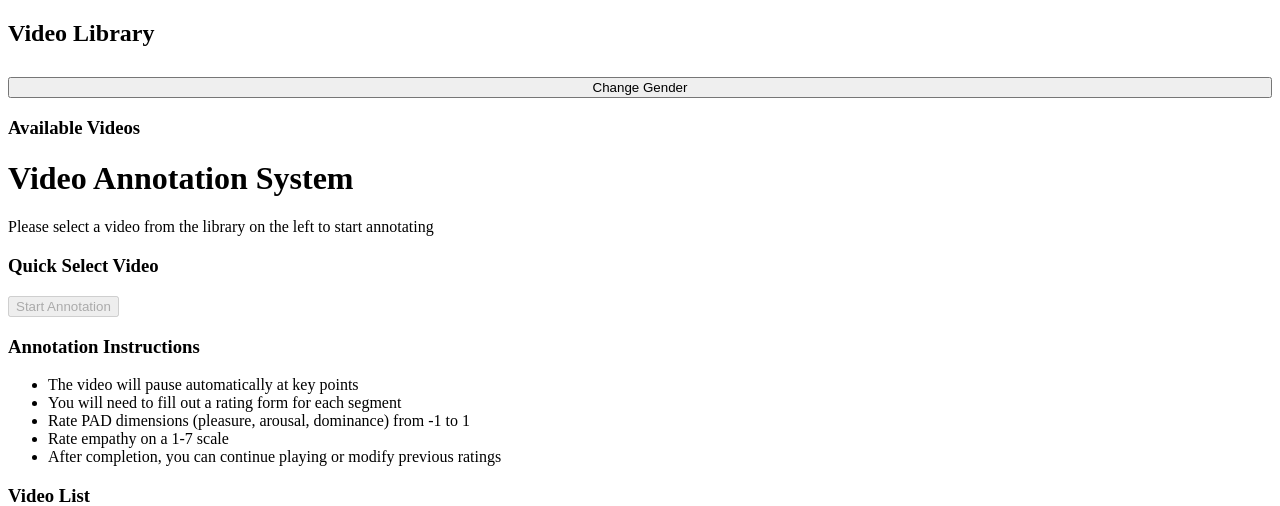
Repository: Matsuyou-Wang/MPES-system
Page: annotation.html
The author's editor kept a copy of each file at every save. The page is drawn from the files as they stood at one save, then again after the next save.
The browser window is 1280 px wide. The pictures show the part of the page from y = 0 to 506 px (the page is 1642 px tall).
A picture or video elsewhere on the page could not be fetched, so the positions and the page height are approximate.

Above is the page before, as saved 2025-11-24 15:35:22.
Console error: TypeError: Cannot read properties of null (reading 'addEventListener')

### annotation.html
<!DOCTYPE html>
<html lang="en">
<head>
    <meta charset="UTF-8">
    <meta name="viewport" content="width=device-width, initial-scale=1.0">
    <title>Annotation System - Video Rating</title>
    <link rel="stylesheet" href="styles.css">
</head>
<body>
    <div class="container">
        <!-- Sidebar: Video Library -->
        <aside class="sidebar">
            <div class="sidebar-header">
                <h2 id="genderTitle">Video Library</h2>
                <button onclick="goBack()" class="btn btn-secondary" style="margin-top: 10px; width: 100%;">Change Gender</button>
            </div>
            <div class="video-library">
                <h3>Available Videos</h3>
                <ul id="videoList" class="video-list">
                    <!-- Videos loaded dynamically -->
                </ul>
            </div>
        </aside>

        <!-- Main Content Area -->
        <main class="main-content">
            <!-- Initial Selection View -->
            <div id="selectionView" class="view active">
                <div class="welcome-box">
                    <h1>Video Annotation System</h1>
                    <p>Please select a video from the library on the left to start annotating</p>

                    <div class="video-selection-panel">
                        <h3>Quick Select Video</h3>
                        <div id="quickVideoList" class="quick-video-list">
                            <!-- Videos loaded dynamically here -->
                        </div>
                        <button id="startBtn" class="btn btn-primary" disabled>Start Annotation</button>
                    </div>

                    <div class="info-box">
                        <h3>Annotation Instructions</h3>
                        <ul>
                            <li>The video will pause automatically at key points</li>
                            <li>You will need to fill out a rating form for each segment</li>
                            <li>Rate PAD dimensions (pleasure, arousal, dominance) from -1 to 1</li>
                            <li>Rate empathy on a 1-7 scale</li>
                            <li>After completion, you can continue playing or modify previous ratings</li>
                        </ul>
                    </div>
                </div>
            </div>

            <!-- Video Playing and Annotation View -->
            <div id="annotationView" class="view">
                <!-- Left: Video List Panel -->
                <div class="annotation-left-panel">
                    <h3>Video List</h3>
                    <ul id="annotationVideoList" class="annotation-video-list">
                        <!-- Videos loaded dynamically -->
                    </ul>
                </div>

                <!-- Center: Video Player -->
                <div class="annotation-center-panel">
                    <div class="video-player-container">
                        <video id="videoPlayer" class="video-player">
                            <source src="" type="video/mp4">
                            Your browser does not support video playback
                        </video>
                        <div class="video-controls">
                            <button id="playBtn" class="control-btn">Play</button>
                            <button id="pauseBtn" class="control-btn">Pause</button>
                            <span id="currentTime" class="time-display">00:00</span>
                            <span class="time-separator">/</span>
                            <span id="duration" class="time-display">00:00</span>
                            <div class="progress-bar">
                                <div id="progress" class="progress-fill"></div>
                            </div>
                        </div>
                    </div>
                </div>

                <!-- Right: Annotation History Panel -->
                <div class="annotation-right-panel">
                    <h3>Annotation Progress</h3>
                    <div id="historyList" class="history-list">
                        <!-- Annotation records added dynamically -->
                    </div>
                </div>
            </div>
        </main>
    </div>

    <!-- Annotation Questionnaire Modal -->
    <div id="annotationModal" class="modal">
        <div class="modal-content">
            <div class="modal-header">
                <h2>Annotation Form</h2>
                <span class="close-btn">&times;</span>
            </div>

            <div class="modal-body">
                <div class="timestamp-info">
                    <p>Video time: <span id="modalTimestamp">00:00</span></p>
                </div>

                <!-- PAD Section -->
                <div class="scale-section">
                    <h3>Emotional State Assessment (PAD)</h3>
                    <p class="section-description">Please rate the emotional state of both speakers on the following three dimensions based on this sentence</p>

                    <!-- PAD Dimensions - Two Columns Layout -->
                    <div class="pad-dimensions-container">
                        <!-- Left Speaker -->
                        <div class="pad-speaker-column">
                            <h4 class="speaker-label">Left Speaker</h4>

                            <!-- Pleasure -->
                            <div class="scale-item">
                                <label for="pleasureSliderLeft">
                                    <strong>Pleasure</strong>
                                    <span class="scale-range">Unpleasant ← → Pleasant</span>
                                </label>
                                <div class="slider-container">
                                    <span class="slider-label">-1</span>
                                    <input type="range" id="pleasureSliderLeft" class="slider pad-slider" min="-1" max="1" step="0.001" value="0">
                                    <span class="slider-label">+1</span>
                                    <strong class="slider-value" id="pleasureValueLeft">0.000</strong>
                                </div>
                            </div>

                            <!-- Arousal -->
                            <div class="scale-item">
                                <label for="arousalSliderLeft">
                                    <strong>Arousal</strong>
                                    <span class="scale-range">Calm ← → Excited</span>
                                </label>
                                <div class="slider-container">
                                    <span class="slider-label">-1</span>
                                    <input type="range" id="arousalSliderLeft" class="slider pad-slider" min="-1" max="1" step="0.001" value="0">
                                    <span class="slider-label">+1</span>
                                    <strong class="slider-value" id="arousalValueLeft">0.000</strong>
                                </div>
                            </div>

                            <!-- Dominance -->
                            <div class="scale-item">
                                <label for="dominanceSliderLeft">
                                    <strong>Submissive – Dominant</strong>
                                    <span class="scale-range">Passive ← → Active</span>
                                </label>
                                <div class="slider-container">
                                    <span class="slider-label">-1</span>
                                    <input type="range" id="dominanceSliderLeft" class="slider pad-slider" min="-1" max="1" step="0.001" value="0">
                                    <span class="slider-label">+1</span>
                                    <strong class="slider-value" id="dominanceValueLeft">0.000</strong>
                                </div>
                            </div>
                        </div>

                        <!-- Right Speaker -->
                        <div class="pad-speaker-column">
                            <h4 class="speaker-label">Right Speaker</h4>

                            <!-- Pleasure -->
                            <div class="scale-item">
                                <label for="pleasureSliderRight">
                                    <strong>Pleasure</strong>
                                    <span class="scale-range">Unpleasant ← → Pleasant</span>
                                </label>
                                <div class="slider-container">
                                    <span class="slider-label">-1</span>
                                    <input type="range" id="pleasureSliderRight" class="slider pad-slider" min="-1" max="1" step="0.001" value="0">
                                    <span class="slider-label">+1</span>
                                    <strong class="slider-value" id="pleasureValueRight">0.000</strong>
                                </div>
                            </div>

                            <!-- Arousal -->
                            <div class="scale-item">
                                <label for="arousalSliderRight">
                                    <strong>Arousal</strong>
                                    <span class="scale-range">Calm ← → Excited</span>
                                </label>
                                <div class="slider-container">
                                    <span class="slider-label">-1</span>
                                    <input type="range" id="arousalSliderRight" class="slider pad-slider" min="-1" max="1" step="0.001" value="0">
                                    <span class="slider-label">+1</span>
                                    <strong class="slider-value" id="arousalValueRight">0.000</strong>
                                </div>
                            </div>

                            <!-- Dominance -->
                            <div class="scale-item">
                                <label for="dominanceSliderRight">
                                    <strong>Submissive – Dominant</strong>
                                    <span class="scale-range">Passive ← → Active</span>
                                </label>
                                <div class="slider-container">
                                    <span class="slider-label">-1</span>
                                    <input type="range" id="dominanceSliderRight" class="slider pad-slider" min="-1" max="1" step="0.001" value="0">
                                    <span class="slider-label">+1</span>
                                    <strong class="slider-value" id="dominanceValueRight">0.000</strong>
                                </div>
                            </div>
                        </div>
                    </div>
                </div>

                <!-- Empathy Section -->
                <div class="scale-section">
                    <h3>Empathy Assessment</h3>
                    <p class="section-description">Do you think the right speaker empathizes with the left speaker?</p>

                    <div class="empathy-radio-container">
                        <div class="empathy-option">
                            <input type="radio" id="empathy1" name="empathy" value="1">
                            <label for="empathy1">Not empathic at all</label>
                        </div>
                        <div class="empathy-option">
                            <input type="radio" id="empathy2" name="empathy" value="2">
                            <label for="empathy2">Slightly empathic</label>
                        </div>
                        <div class="empathy-option">
                            <input type="radio" id="empathy3" name="empathy" value="3">
                            <label for="empathy3">A little empathic</label>
                        </div>
                        <div class="empathy-option">
                            <input type="radio" id="empathy4" name="empathy" value="4">
                            <label for="empathy4">Neutral</label>
                        </div>
                        <div class="empathy-option">
                            <input type="radio" id="empathy5" name="empathy" value="5">
                            <label for="empathy5">Moderately empathic</label>
                        </div>
                        <div class="empathy-option">
                            <input type="radio" id="empathy6" name="empathy" value="6">
                            <label for="empathy6">Quite empathic</label>
                        </div>
                        <div class="empathy-option">
                            <input type="radio" id="empathy7" name="empathy" value="7">
                            <label for="empathy7">Very empathic</label>
                        </div>
                    </div>
                </div>
            </div>

            <div class="modal-footer">
                <button id="clearBtn" class="btn btn-secondary">Clear</button>
                <button id="confirmBtn" class="btn btn-primary">Confirm</button>
            </div>
        </div>
    </div>

    <!-- Edit Panel -->
    <div id="editPanel" class="edit-panel hidden">
        <div class="edit-panel-header">
            <h3>Edit Annotation</h3>
            <button class="close-edit-panel">&times;</button>
        </div>
        <div id="editList" class="edit-list">
            <!-- Edit items generated dynamically -->
        </div>
    </div>

    <script src="data/videos.js"></script>
    <script src="data/annotation-config.js"></script>
    <script src="js/data-manager.js"></script>
    <script src="js/app.js"></script>
    <script src="js/tester.js"></script>
</body>
</html>

### data/annotation-config.js
/**
 * 视频标注点配置生成工具
 * 用于快速生成和管理标注点
 */

// 示例：自动生成等间隔的标注点
function generateEvenAnnotationPoints(videoDuration, intervalSeconds) {
    const points = [];
    for (let time = intervalSeconds; time < videoDuration; time += intervalSeconds) {
        points.push({ time: time });
    }
    return points;
}

// 示例：根据特定关键句的时间戳创建标注点
const ANNOTATION_TEMPLATE = {
    // 日常对话 - 每个说话人的关键句
    dailyConversation: [
        { time: 5, speaker: '说话人A', content: '你今天过得怎么样?' },
        { time: 15, speaker: '说话人B', content: '还不错，就是有点累。' },
        { time: 25, speaker: '说话人A', content: '那你想去散步吗?' },
        { time: 35, speaker: '说话人B', content: '好啊，我很想去。' }
    ],

    // 情感访谈 - 情感表达明显的句子
    emotionalInterview: [
        { time: 10, emotion: 'joy', intensity: 'high' },
        { time: 30, emotion: 'sadness', intensity: 'medium' },
        { time: 50, emotion: 'anger', intensity: 'high' },
        { time: 70, emotion: 'fear', intensity: 'low' }
    ]
};

// 导出模板
function exportTemplate(templateName, annotationPoints) {
    const config = {
        title: `从${templateName}创建的视频`,
        path: `assets/your-video.mp4`,
        duration: 0,  // 需要手动填写
        annotationPoints: annotationPoints.map(point => ({ time: point.time }))
    };
    console.log(JSON.stringify(config, null, 2));
    return config;
}

// 示例使用
console.log('标注点生成工具已加载');
console.log('使用示例：');
console.log('1. generateEvenAnnotationPoints(120, 10) - 生成120秒视频，每10秒一个标注点');
console.log('2. exportTemplate("dailyConversation", ANNOTATION_TEMPLATE.dailyConversation)');

### js/data-manager.js
/**
 * 数据导入/导出工具
 * 用于管理标注数据的持久化
 */

class DataManager {
    /**
     * 导出标注数据为 JSON
     */
    static exportToJSON(annotationData, videoInfo, filename = 'annotation-data.json') {
        const data = {
            timestamp: new Date().toISOString(),
            video: videoInfo,
            annotations: annotationData,
            totalItems: Object.keys(annotationData).length
        };

        const jsonString = JSON.stringify(data, null, 2);
        const blob = new Blob([jsonString], { type: 'application/json' });
        const url = URL.createObjectURL(blob);
        const link = document.createElement('a');
        link.href = url;
        link.download = filename;
        document.body.appendChild(link);
        link.click();
        document.body.removeChild(link);
        URL.revokeObjectURL(url);

        console.log('数据已导出:', data);
    }

    /**
     * 导出标注数据为 CSV
     */
    static exportToCSV(annotationData, videoInfo, filename = 'annotation-data.csv') {
        let csv = '时间戳,Pleasure,Arousal,Dominance,Empathy\n';

        Object.keys(annotationData).sort((a, b) => parseFloat(a) - parseFloat(b)).forEach(time => {
            const annotation = annotationData[time];
            csv += `${time},${annotation.pleasure},${annotation.arousal},${annotation.dominance},${annotation.empathy}\n`;
        });

        const blob = new Blob([csv], { type: 'text/csv;charset=utf-8;' });
        const url = URL.createObjectURL(blob);
        const link = document.createElement('a');
        link.href = url;
        link.download = filename;
        document.body.appendChild(link);
        link.click();
        document.body.removeChild(link);
        URL.revokeObjectURL(url);

        console.log('CSV已导出');
    }

    /**
     * 导入标注数据
     */
    static importFromJSON(file, callback) {
        const reader = new FileReader();
        reader.onload = (e) => {
            try {
                const data = JSON.parse(e.target.result);
                callback(data);
                console.log('数据已导入:', data);
            } catch (error) {
                console.error('导入失败:', error);
                alert('导入失败，请确保文件格式正确');
            }
        };
        reader.readAsText(file);
    }

    /**
     * 本地存储 - 保存到浏览器 LocalStorage
     */
    static saveToLocalStorage(key, data) {
        try {
            localStorage.setItem(key, JSON.stringify(data));
            console.log('数据已保存到本地');
        } catch (error) {
            console.error('保存失败:', error);
        }
    }

    /**
     * 本地存储 - 从 LocalStorage 读取
     */
    static loadFromLocalStorage(key) {
        try {
            const data = localStorage.getItem(key);
            return data ? JSON.parse(data) : null;
        } catch (error) {
            console.error('读取失败:', error);
            return null;
        }
    }

    /**
     * 清空本地存储
     */
    static clearLocalStorage(key = null) {
        if (key) {
            localStorage.removeItem(key);
            console.log(`已清空: ${key}`);
        } else {
            localStorage.clear();
            console.log('已清空所有本地存储');
        }
    }

    /**
     * 生成统计报告
     */
    static generateReport(annotationData) {
        const values = Object.values(annotationData);

        if (values.length === 0) {
            return { error: '没有标注数据' };
        }

        const pleasure = values.map(v => v.pleasure);
        const arousal = values.map(v => v.arousal);
        const dominance = values.map(v => v.dominance);
        const empathy = values.map(v => v.empathy);

        const report = {
            totalAnnotations: values.length,
            pleasure: {
                mean: (pleasure.reduce((a, b) => a + b) / pleasure.length).toFixed(2),
                min: Math.min(...pleasure).toFixed(2),
                max: Math.max(...pleasure).toFixed(2),
                std: this.calculateStd(pleasure).toFixed(2)
            },
            arousal: {
                mean: (arousal.reduce((a, b) => a + b) / arousal.length).toFixed(2),
                min: Math.min(...arousal).toFixed(2),
                max: Math.max(...arousal).toFixed(2),
                std: this.calculateStd(arousal).toFixed(2)
            },
            dominance: {
                mean: (dominance.reduce((a, b) => a + b) / dominance.length).toFixed(2),
                min: Math.min(...dominance).toFixed(2),
                max: Math.max(...dominance).toFixed(2),
                std: this.calculateStd(dominance).toFixed(2)
            },
            empathy: {
                mean: (empathy.reduce((a, b) => a + b) / empathy.length).toFixed(2),
                min: Math.min(...empathy),
                max: Math.max(...empathy),
                std: this.calculateStd(empathy).toFixed(2)
            }
        };

        return report;
    }

    /**
     * 计算标准差
     */
    static calculateStd(arr) {
        const mean = arr.reduce((a, b) => a + b) / arr.length;
        const variance = arr.reduce((sq, n) => sq + Math.pow(n - mean, 2), 0) / arr.length;
        return Math.sqrt(variance);
    }
}

// 使用示例
console.log('数据管理工具已加载');
console.log('可用方法:');
console.log('- DataManager.exportToJSON(data, videoInfo)');
console.log('- DataManager.exportToCSV(data, videoInfo)');
console.log('- DataManager.saveToLocalStorage(key, data)');
console.log('- DataManager.generateReport(data)');

Loaded but not shown: data/videos-extended.js (112 lines, source omitted); js/app.js (400 lines, source omitted); js/tester.js (194 lines, source omitted); data/videos.js (no stored copy; drawn as an empty file); styles.css (no stored copy; drawn as an empty file)

After the next save:
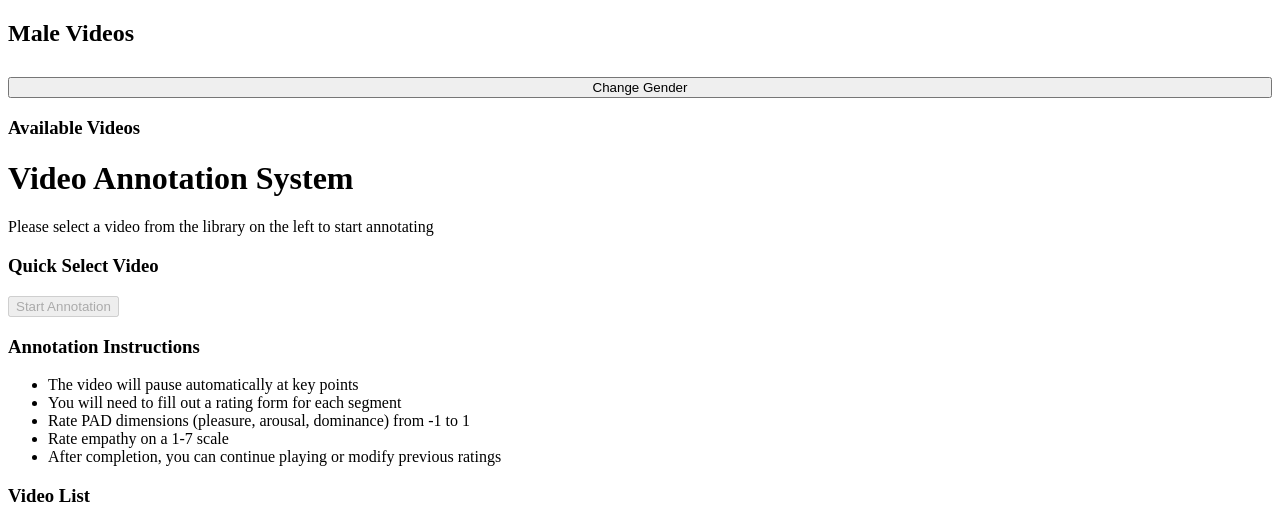
Saved 15 s later.
--- a/annotation.html
+++ b/annotation.html
@@ -264,10 +264,50 @@
         </div>
     </div>
 
-    <script src="data/videos.js"></script>
+    <script src="data/videos-extended.js"></script>
     <script src="data/annotation-config.js"></script>
     <script src="js/data-manager.js"></script>
     <script src="js/app.js"></script>
     <script src="js/tester.js"></script>
+    <script>
+        // 性别选择功能
+        function goBack() {
+            window.location.href = 'gender-selection.html';
+        }
+
+        // 获取URL参数
+        function getUrlParameter(name) {
+            name = name.replace(/[\[]/, '\\[').replace(/[\]]/, '\\]');
+            var regex = new RegExp('[\\?&]' + name + '=([^&#]*)');
+            var results = regex.exec(location.search);
+            return results === null ? '' : decodeURIComponent(results[1].replace(/\+/g, ' '));
+        }
+
+        // 根据性别加载视频
+        window.addEventListener('DOMContentLoaded', function() {
+            const selectedGender = getUrlParameter('gender') || localStorage.getItem('selectedGender') || 'male';
+
+            if (typeof ALL_VIDEOS !== 'undefined') {
+                // 更新标题
+                const genderTitle = document.getElementById('genderTitle');
+                if (genderTitle) {
+                    genderTitle.textContent = selectedGender === 'male' ? 'Male Videos' : 'Female Videos';
+                }
+
+                // 根据性别加载对应的视频
+                if (selectedGender === 'male' && ALL_VIDEOS.male) {
+                    window.videos = ALL_VIDEOS.male;
+                } else if (selectedGender === 'female' && ALL_VIDEOS.female) {
+                    window.videos = ALL_VIDEOS.female;
+                } else {
+                    // 默认使用男性视频
+                    window.videos = ALL_VIDEOS.male || [];
+                }
+
+                // 存储当前选择
+                localStorage.setItem('selectedGender', selectedGender);
+            }
+        });
+    </script>
 </body>
 </html>
